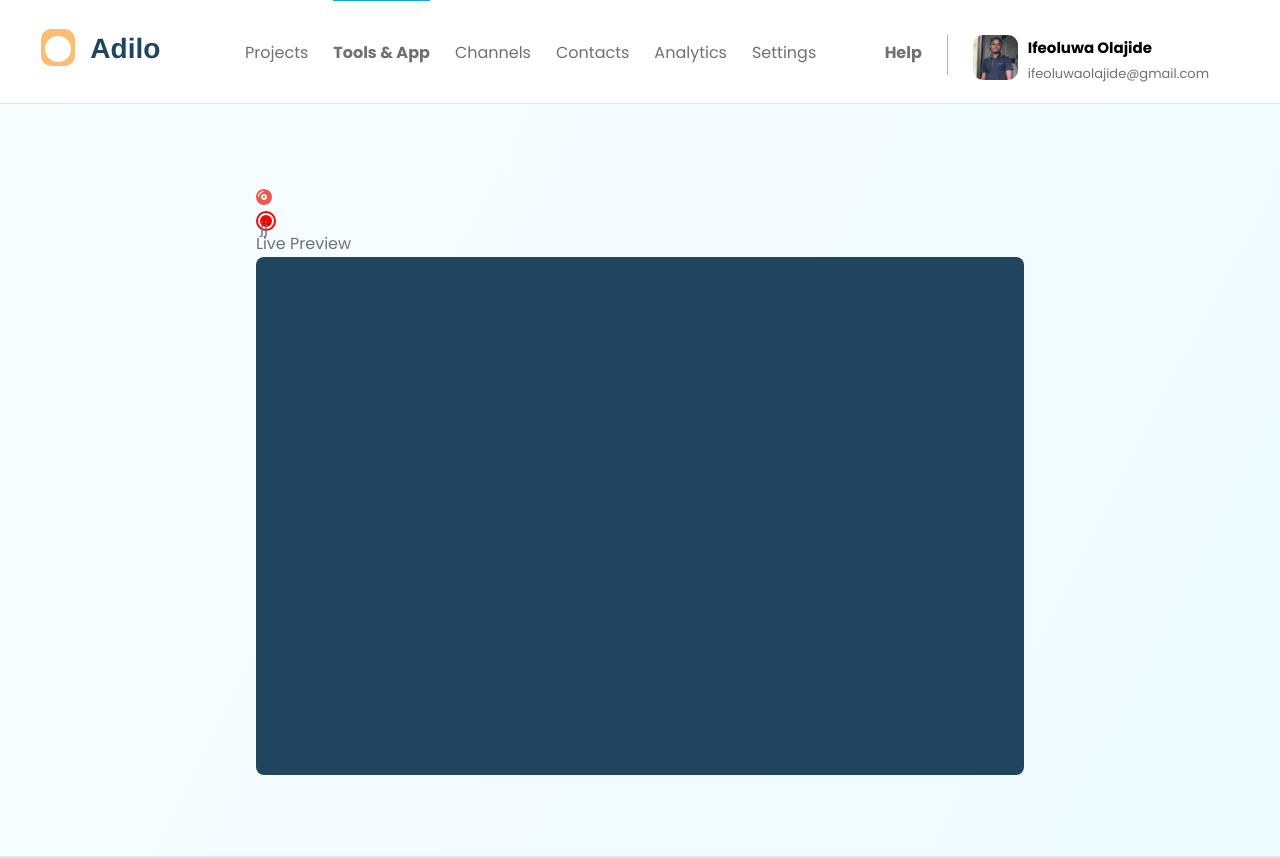
Repository: olhighjay/video_recorder
Page: /
An editor plug-in stored every save of this project. The page is shown before and after the next save, followed by the edit.
The browser window is 1280 px wide. The pictures show the whole page.
Some web libraries are served in a nearby version. The project was rebuilt for these pictures with package versions that can differ from the ones it lists, and the page was loaded fresh each time. Also part of the build but not shown: vue.config.js, src/components/DataTable.vue, src/components/EmptyRecorded.vue.

Above is the page before, as saved 2022-07-29 12:01:33.

After the next save:
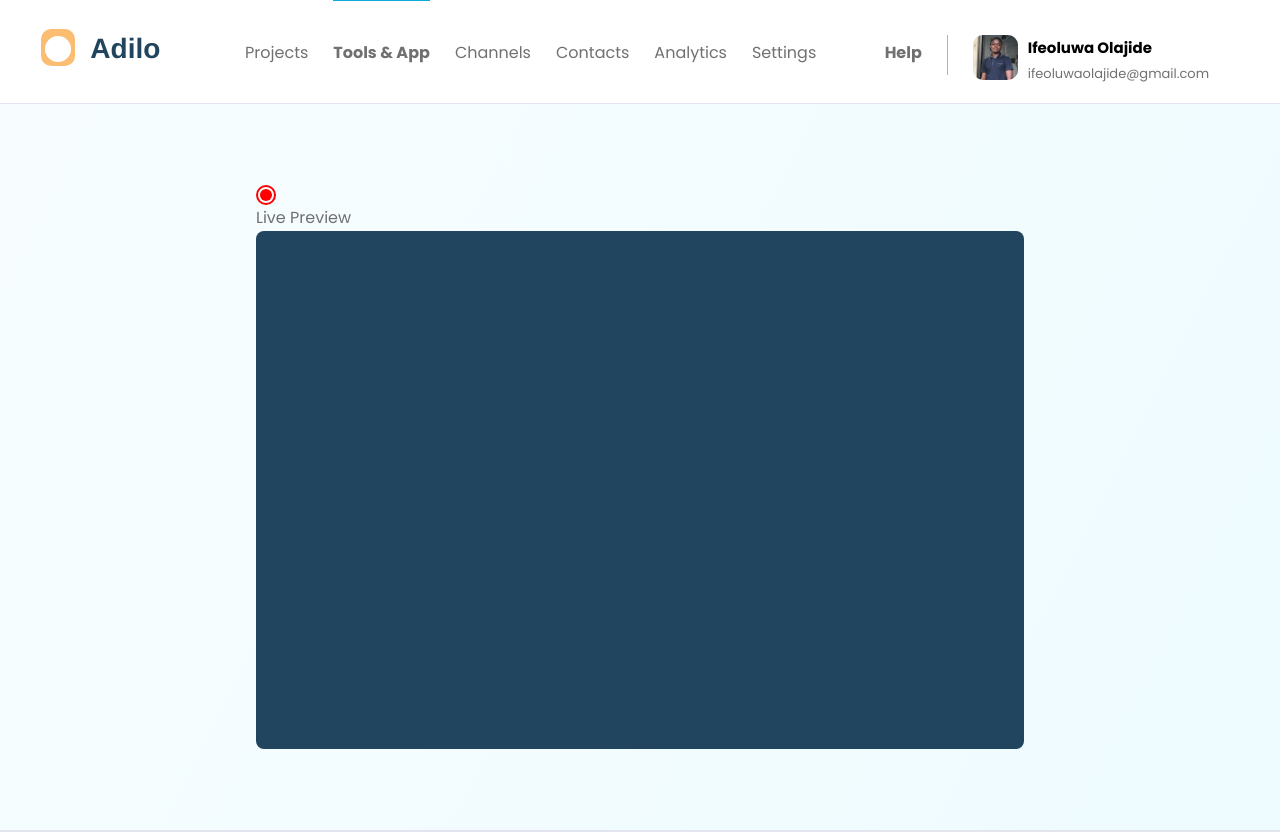
Saved 52 s later.
--- a/src/App.vue
+++ b/src/App.vue
@@ -103,13 +103,10 @@ Launch demo modal
       </div>
       <div class="record-page">
         <div>
-          <!-- <p style="color:#637C8E"> -->
-            <i class="fa fa-compact-disc" style="color:#EE5951"></i>
             <div style="border: 2px solid red; border-radius: 50%; height:20px; width:20px">
-              <div style="background-color:red; border-radius: 50%; height:12px; width:12px; margin: 10% auto" >jj</div>
+              <div style="background-color:red; border-radius: 50%; height:12px; width:12px; margin: 10% auto" ></div>
             </div>
             Live Preview
-          <!-- </p> -->
           <div class="view-frame">
 
           </div>
